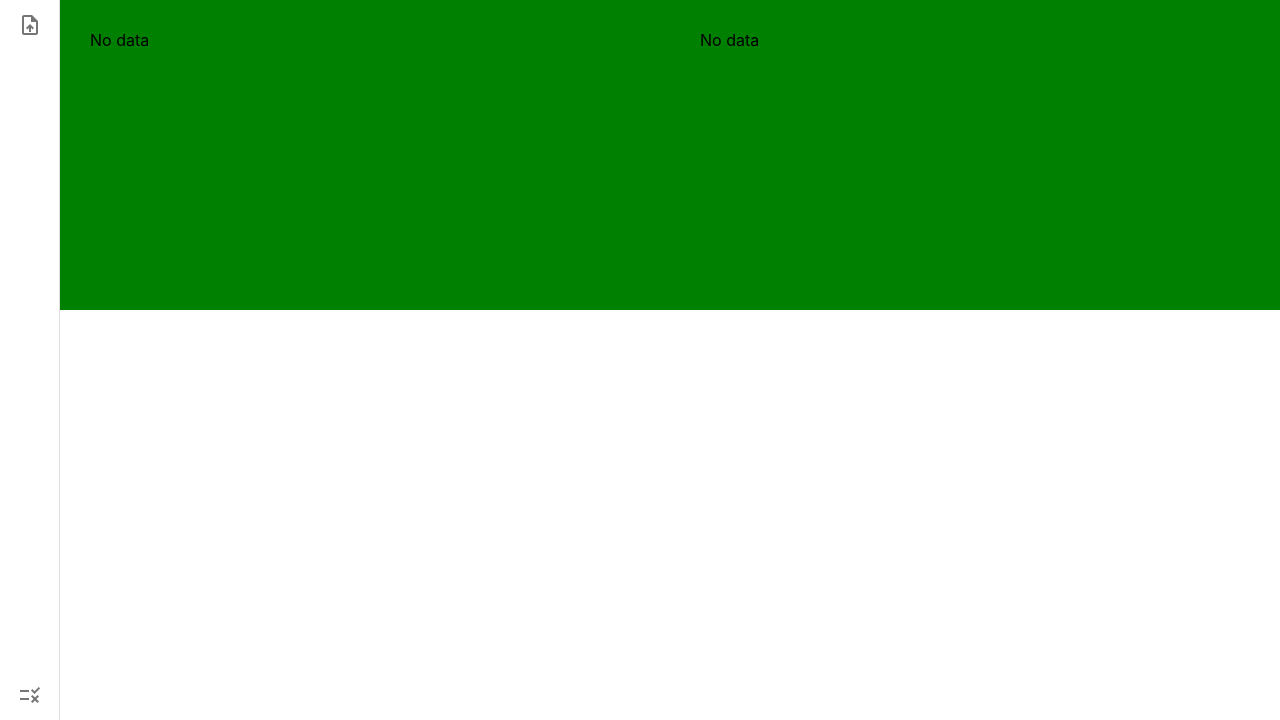
Repository: imark00/sbolInsight_frontend
Page: /
An editor plug-in stored every save of this project. The page is shown before and after the next save, followed by the edit.
The browser window is 1280 px wide. The pictures show the whole page.
The project was rebuilt for these pictures with package versions that can differ from the ones it lists, and the page was loaded fresh each time. Also part of the build but not shown: src/App.css.

Above is the page before, as saved 2024-08-18 05:15:52.

### src/App.js
import './App.css';
import SBOLInsightPage from './sbolInsight';

function App() {
  return (
    <SBOLInsightPage />
  );
}

export default App;

### src/sbolInsight.js
import React, { useState } from "react";
import { Drawer, Box, IconButton, Typography, Modal, Button, Divider } from "@mui/material";
import UploadFileIcon from '@mui/icons-material/UploadFile';
import RuleOutlinedIcon from '@mui/icons-material/RuleOutlined';
import { useDropzone } from 'react-dropzone'
import { List, ListItem, ListItemIcon, ListItemText } from '@mui/material';
import InsertDriveFileOutlinedIcon from '@mui/icons-material/InsertDriveFileOutlined';
import axios from "axios";


const drawerWidth = 60

// function timeout(delay) {
//     return new Promise(res => setTimeout(res, delay));
// }

const SBOLInsightPage = () => {
    const [testData, setTestData] = useState('');
    const [open, setOpen] = useState(false);

    const openUploadFileModal = () => setOpen(true);
    const closeUploadFileModal = () => setOpen(false);

    const { acceptedFiles, getRootProps, getInputProps } = useDropzone({
        maxFiles: 1, accept: {
            'application/rdf+xml': ['.rdf'],
            'text/turtle': ['.ttl'],
        }
    });
    const files = acceptedFiles.map(file => (
        <ListItem
            key={file.path}
        >
            <ListItemIcon>
                <InsertDriveFileOutlinedIcon />
            </ListItemIcon>
            <ListItemText primary={file.path} />
        </ListItem>
    ));

    // const [uploadProgress, setUploadProgress] = useState(0);


    const testAPI = async () => {
        try {
            let response = await fetch("http://localhost:8080/api/test")
            if (response.status === 200) {
                let data = await response.json()
                setTestData(data)
            }
        } catch (error) {
            console.error('Error:', error)
        }
    }
    // useEffect(() => { testAPI() }, [])

    const getGraphData = async () => {
        try {
            const url = "http://localhost:8080/api/graph-data"
            const formData = new FormData();
            formData.append('file', acceptedFiles[0]);
            const config = {
                headers: {
                    'content-type': 'multipart/form-data',
                },
                // onUploadProgress: function (progressEvent) {
                //     const percentCompleted = Math.round((progressEvent.loaded * 100) / progressEvent.total);
                //     setUploadProgress(percentCompleted);
                // }
            }
            let response = await axios.post(url, formData, config)
            console.log(response)
        } catch (error) {
            console.error('Error:', error)
        }
    }


    function showValiationReport() {
        console.log("Show validation report")

    }

    function submitFile(event) {
        event.preventDefault()
        closeUploadFileModal()
        getGraphData()
    }


    return (
        <Box
            sx={{ display: 'flex' }}
        >
            {/* Drawer */}
            <Drawer
                sx={{
                    width: drawerWidth,
                    flexShrink: 0,
                    '& .MuiDrawer-paper': {
                        width: drawerWidth,
                        boxSizing: 'border-box',
                        padding: '5px',
                        display: 'flex',
                        flexDirection: 'column',
                        justifyContent: 'space-between',
                    },
                }}
                variant="permanent"
                anchor="left"
            >
                <IconButton
                    onClick={openUploadFileModal}
                >
                    <UploadFileIcon />
                </IconButton>

                <IconButton
                    onClick={showValiationReport}
                >
                    <RuleOutlinedIcon />
                </IconButton>
            </Drawer>

            {/* Main content */}
            <Box
                sx={{
                    width: '100%',
                    // height: '100vh',
                    height: '250px',
                    background: 'green',
                    padding: '30px',
                }}
            >
                {testData ?
                    <Box>
                        <p> {testData.status}</p>
                        <p> {testData.app}</p>
                        <p> {testData.message}</p>
                    </Box>
                    : <Box>
                        No data
                    </Box>
                }

                {/* // Upload file modal */}
                <Modal
                    open={open}
                    onClose={closeUploadFileModal}
                    aria-labelledby="modal-modal-title"
                    aria-describedby="modal-modal-description"
                    slotProps={{
                        backdrop: {
                            style: {
                                backgroundColor: 'transparent',
                                boxShadow: 'none'
                            }
                        }
                    }}

                >
                    <Box
                        sx={{
                            position: "absolute",
                            top: "50%",
                            left: "50%",
                            transform: "translate(-50%, -50%)",
                            width: "475px",
                            bgcolor: "background.paper",
                            boxShadow: 24,
                            borderRadius: "23px",
                        }}
                    >
                        <Box
                            sx={{
                                display: 'flex',
                                flexDirection: 'row',
                                justifyContent: 'space-between',
                                paddingLeft: '11px',
                                paddingRight: '7px',
                                paddingTop: '7px',
                                paddingBottom: '2px',
                            }}
                        >
                            <Typography
                                fontSize={"19px"}
                                letterSpacing={"0.02em"}
                            >
                                Upload SBOL File
                            </Typography>

                            <Button
                                variant="text"
                                size="small"
                                color="error"
                                onClick={closeUploadFileModal}
                                sx={{ letterSpacing: "0.04em" }}
                            >
                                Close
                            </Button>
                        </Box>
                        <Divider
                            sx={{
                                borderBottomWidth: '2px',
                                borderColor: "#CBD0DC"
                            }}
                        />

                        <Box
                            sx={{
                                paddingTop: "45px",
                                paddingLeft: "25px",
                                paddingRight: "25px",
                                paddingBottom: "16px",
                                textAlign: "center",
                            }}
                        >
                            <Box
                                sx={{
                                    border: "2px dashed #CBD0DC",
                                    borderRadius: "14px",
                                    height: "100px",
                                    marginBottom: "20px",
                                    width: "100%",
                                    flexDirection: 'column',
                                    justifyContent: 'center',
                                    display: 'flex',
                                }}
                                {...getRootProps({ className: 'dropzone' })}
                            >
                                <input {...getInputProps()} />
                                <Box >
                                    <Typography
                                        color={"#292D32"}
                                        fontSize={"15px"}
                                        letterSpacing={"0.04em"}
                                    >
                                        Choose a file or drap and drop it here
                                    </Typography>

                                    <Typography
                                        color={"#A9ACB4"}
                                        fontSize={"12px"}
                                        letterSpacing={"0.04em"}
                                    >
                                        RDF/XML, Turtle, N-Triples, and JSON-LD formats, up to 25MB
                                    </Typography>
                                </Box>
                            </Box>

                            {/* <progress value={uploadProgress} max="100"></progress> */}

                            <List>{files}</List>

                            <Button
                                variant="contained"
                                sx={{
                                    borderRadius: "11px",
                                    width: "168px",
                                    backgroundColor: "#084BCF",
                                }}
                                disabled={files.length === 0}
                                onClick={submitFile}
                            >
                                Submit
                            </Button>
                        </Box>



                        {/* <Typography id="modal-modal-description" sx={{ mt: 2 }}>
                            Modal content
                        </Typography> */}
                    </Box>
                </Modal>
            </Box>

            <Box
                sx={{
                    width: '100%',
                    // height: '100vh',
                    height: '250px',
                    background: 'green',
                    padding: '30px',
                }}
            >
                {testData ?
                    <Box>
                        <p> {testData.status}</p>
                        <p> {testData.app}</p>
                        <p> {testData.message}</p>
                    </Box>
                    : <Box>
                        No data
                    </Box>
                }


            </Box>


        </Box>
    );
}

export default SBOLInsightPage;

Loaded but not shown: public/index.html (common file); src/index.js (common file); src/index.css (common file); src/reportWebVitals.js (common file)

After the next save:
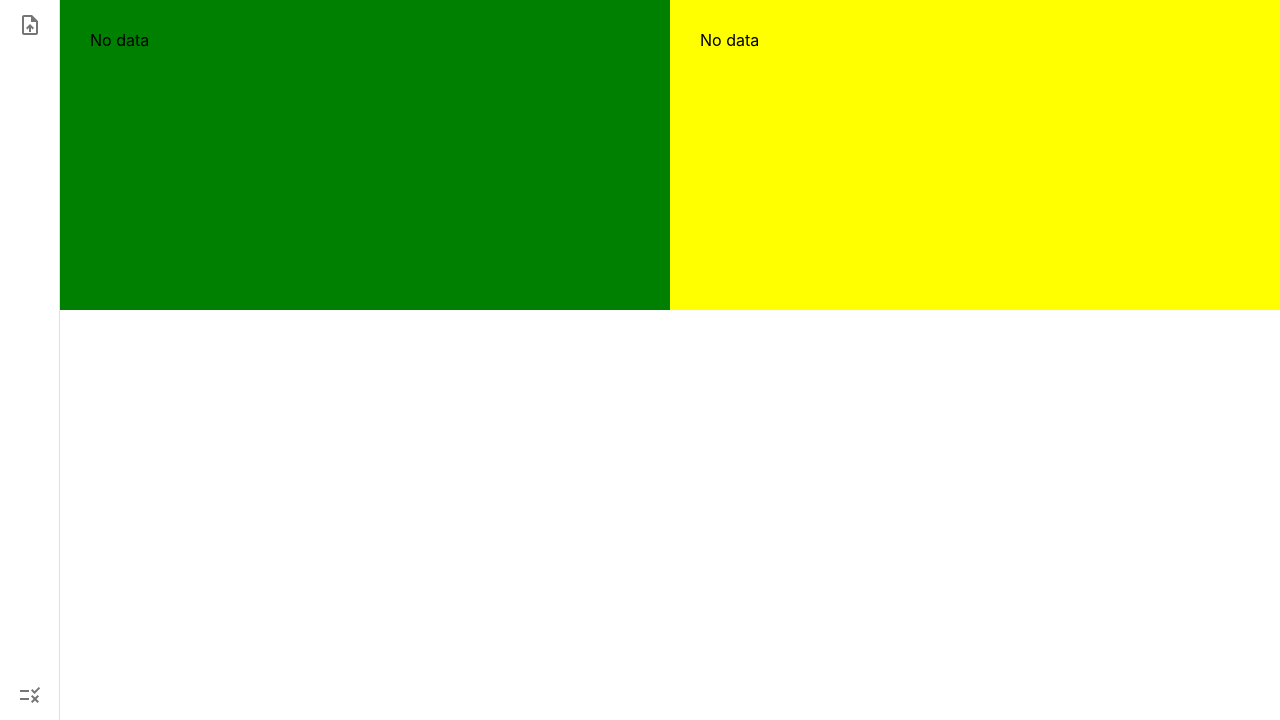
Saved 13 s later.
--- a/src/sbolInsight.js
+++ b/src/sbolInsight.js
@@ -280,7 +280,7 @@
                     width: '100%',
                     // height: '100vh',
                     height: '250px',
-                    background: 'green',
+                    background: 'yellow',
                     padding: '30px',
                 }}
             >
@@ -294,8 +294,6 @@
                         No data
                     </Box>
                 }
-
-
             </Box>
 
 

After the save that followed:
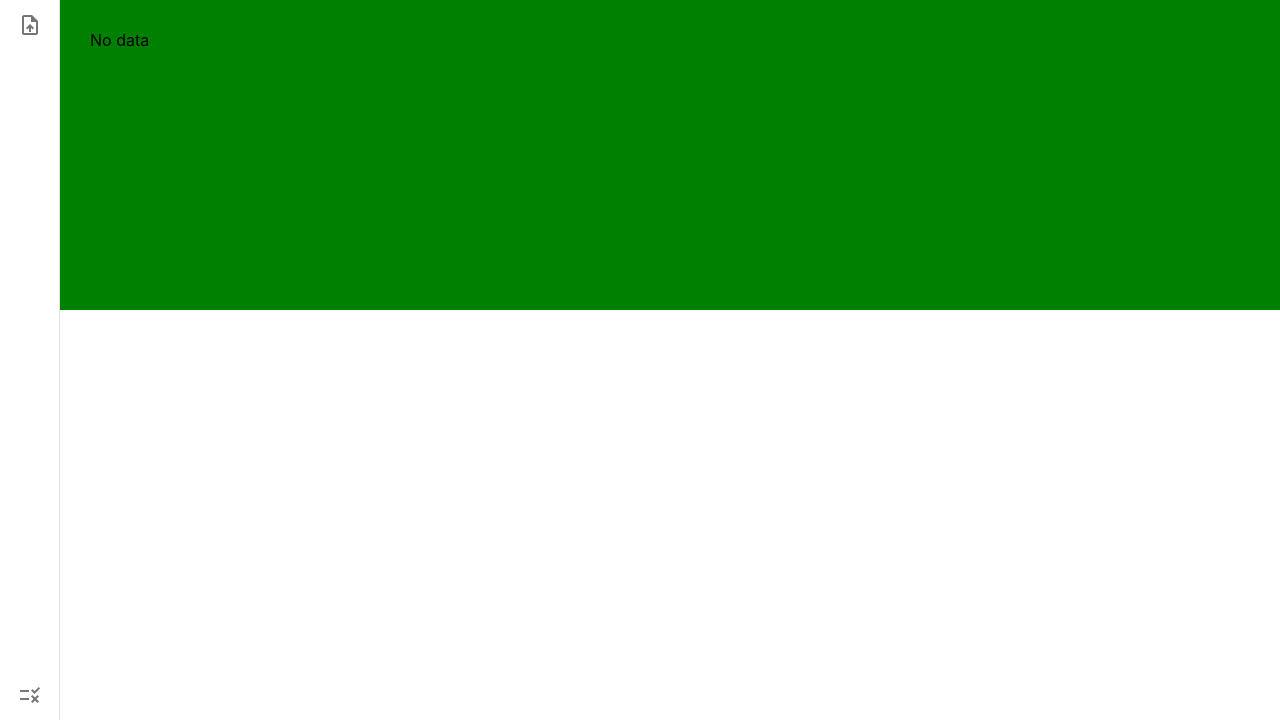
Saved 40 s later.
--- a/src/sbolInsight.js
+++ b/src/sbolInsight.js
@@ -142,140 +142,16 @@
                         No data
                     </Box>
                 }
+            </Box>
 
-                {/* // Upload file modal */}
-                <Modal
-                    open={open}
-                    onClose={closeUploadFileModal}
-                    aria-labelledby="modal-modal-title"
-                    aria-describedby="modal-modal-description"
-                    slotProps={{
-                        backdrop: {
-                            style: {
-                                backgroundColor: 'transparent',
-                                boxShadow: 'none'
-                            }
-                        }
-                    }}
+        </Box>
+    );
+}
 
-                >
-                    <Box
-                        sx={{
-                            position: "absolute",
-                            top: "50%",
-                            left: "50%",
-                            transform: "translate(-50%, -50%)",
-                            width: "475px",
-                            bgcolor: "background.paper",
-                            boxShadow: 24,
-                            borderRadius: "23px",
-                        }}
-                    >
-                        <Box
-                            sx={{
-                                display: 'flex',
-                                flexDirection: 'row',
-                                justifyContent: 'space-between',
-                                paddingLeft: '11px',
-                                paddingRight: '7px',
-                                paddingTop: '7px',
-                                paddingBottom: '2px',
-                            }}
-                        >
-                            <Typography
-                                fontSize={"19px"}
-                                letterSpacing={"0.02em"}
-                            >
-                                Upload SBOL File
-                            </Typography>
-
-                            <Button
-                                variant="text"
-                                size="small"
-                                color="error"
-                                onClick={closeUploadFileModal}
-                                sx={{ letterSpacing: "0.04em" }}
-                            >
-                                Close
-                            </Button>
-                        </Box>
-                        <Divider
-                            sx={{
-                                borderBottomWidth: '2px',
-                                borderColor: "#CBD0DC"
-                            }}
-                        />
-
-                        <Box
-                            sx={{
-                                paddingTop: "45px",
-                                paddingLeft: "25px",
-                                paddingRight: "25px",
-                                paddingBottom: "16px",
-                                textAlign: "center",
-                            }}
-                        >
-                            <Box
-                                sx={{
-                                    border: "2px dashed #CBD0DC",
-                                    borderRadius: "14px",
-                                    height: "100px",
-                                    marginBottom: "20px",
-                                    width: "100%",
-                                    flexDirection: 'column',
-                                    justifyContent: 'center',
-                                    display: 'flex',
-                                }}
-                                {...getRootProps({ className: 'dropzone' })}
-                            >
-                                <input {...getInputProps()} />
-                                <Box >
-                                    <Typography
-                                        color={"#292D32"}
-                                        fontSize={"15px"}
-                                        letterSpacing={"0.04em"}
-                                    >
-                                        Choose a file or drap and drop it here
-                                    </Typography>
-
-                                    <Typography
-                                        color={"#A9ACB4"}
-                                        fontSize={"12px"}
-                                        letterSpacing={"0.04em"}
-                                    >
-                                        RDF/XML, Turtle, N-Triples, and JSON-LD formats, up to 25MB
-                                    </Typography>
-                                </Box>
-                            </Box>
-
-                            {/* <progress value={uploadProgress} max="100"></progress> */}
-
-                            <List>{files}</List>
-
-                            <Button
-                                variant="contained"
-                                sx={{
-                                    borderRadius: "11px",
-                                    width: "168px",
-                                    backgroundColor: "#084BCF",
-                                }}
-                                disabled={files.length === 0}
-                                onClick={submitFile}
-                            >
-                                Submit
-                            </Button>
-                        </Box>
+export default SBOLInsightPage;
 
 
-
-                        {/* <Typography id="modal-modal-description" sx={{ mt: 2 }}>
-                            Modal content
-                        </Typography> */}
-                    </Box>
-                </Modal>
-            </Box>
-
-            <Box
+{/* <Box
                 sx={{
                     width: '100%',
                     // height: '100vh',
@@ -294,11 +170,4 @@
                         No data
                     </Box>
                 }
-            </Box>
-
-
-        </Box>
-    );
-}
-
-export default SBOLInsightPage;
+            </Box> */}
